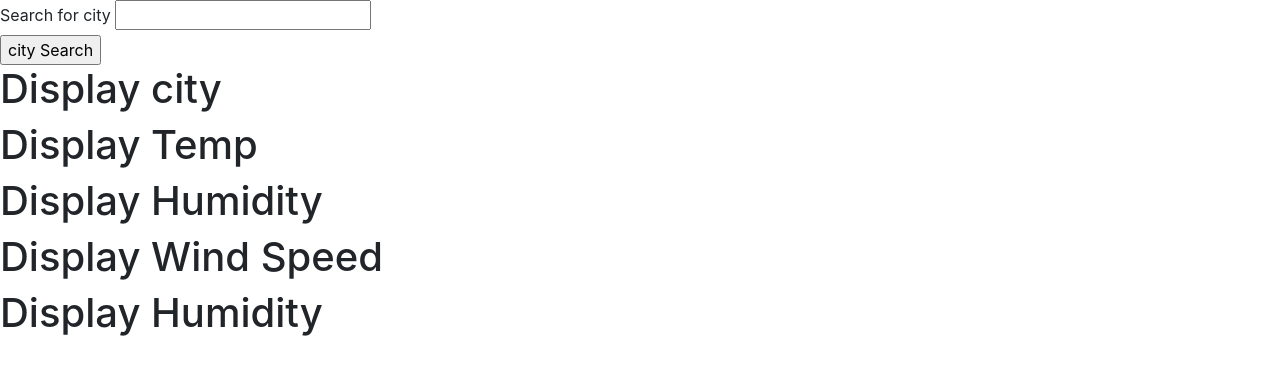
Repository: Mf948/YourWeather
Page: index.html
These files come from the project's save history. The page is drawn as it stood at one moment and after the next save; the edit follows.
The browser window is 1280 px wide. The pictures show the whole page.
Some web libraries are served in a nearby version.

Above is the page before, as saved 2020-12-14 20:09:35.

### index.html
<!DOCTYPE html>
<html lang="en">
<head>
    <meta charset="UTF-8">
    <meta name="viewport" content="width=device-width, initial-scale=1.0">
    <title>Your Weather</title>
 <link rel="stylesheet" href="Style.css">
 <link rel="stylesheet" href="https://maxcdn.bootstrapcdn.com/bootstrap/4.0.0/css/bootstrap.min.css" integrity="sha384-Gn5384xqQ1aoWXA+058RXPxPg6fy4IWvTNh0E263XmFcJlSAwiGgFAW/dAiS6JXm" crossorigin="anonymous">

</head>
<body>
    <form id="city-form">
        <label for="movie-input">Search for city</label>
        <input type="text" id="city-input"><br>
        <input id="find-city" type="submit" value="city Search">
    </form>
<div id="city1">
    <h1 id ="displaycity">Display city</h1>
    <h1 id ="displayTemperature">Display Temp</h1>
    <h1 id ="displayHumidity">Display Humidity</h1>
    <h1 id ="displayWind">Display Wind Speed</h1>
    <h1 id ="displayUV">Display Humidity</h1>


</div>
<div id="city1"></div>

   <script src="https://cdnjs.cloudflare.com/ajax/libs/jquery/3.2.1/jquery.min.js"></script>
   <script src="script.js"></script>
</body>
</html>

### Style.css
.header {
    width: 100%;
    height: 80px;
    background-color: black;
}
.inerheader{
    width: 60%;
    text-: cornsilk;
    background-color: cornsilk;
    height: auto;
    margin: 0 auto;

}

### script.js
$(document).ready(function() {
//api.openweathermap.org/data/2.5/weather?q={city name}&appid={API key}

  // This .on("click") function will trigger the AJAX Call
  $("#find-city").on("click", function(event) {

    // Preventing the submit button from trying to submit the form
    // We're optionally using a form so the user may hit Enter to search instead of clicking the button
    event.preventDefault();

    // Here we grab the text from the input box
    var city = $("#city-input").val();

    // Here we construct our URL
    var queryURL = "https://api.openweathermap.org/data/2.5/weather?q=" + city + "&appid=f235f42a755f4529b0fca0891283af30";

    // Write code between the dashes below to hit the queryURL with $ajax, then take the response data
    // and display it in the div with an id of movie-view

    // YOUR CODE GOES IN THESE DASHES. DO NOT MANUALLY EDIT THE HTML ABOVE


    // =================================================================

    // CODE GOES HERE

    $.ajax({
  url: queryURL,
  method: "GET"
}).then(function(response) {
    console.log(response)
//$("#movie-view").text(JSON.stringify(response));
});

    // =================================================================
  });
});

After the next save:
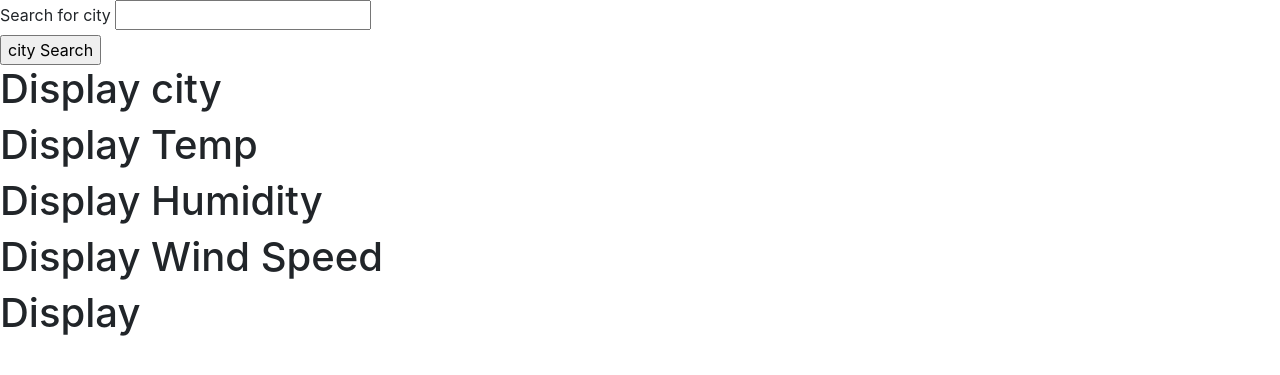
Saved 6 s later.
--- a/index.html
+++ b/index.html
@@ -19,7 +19,7 @@
     <h1 id ="displayTemperature">Display Temp</h1>
     <h1 id ="displayHumidity">Display Humidity</h1>
     <h1 id ="displayWind">Display Wind Speed</h1>
-    <h1 id ="displayUV">Display Humidity</h1>
+    <h1 id ="displayUV">Display </h1>
 
 
 </div>
